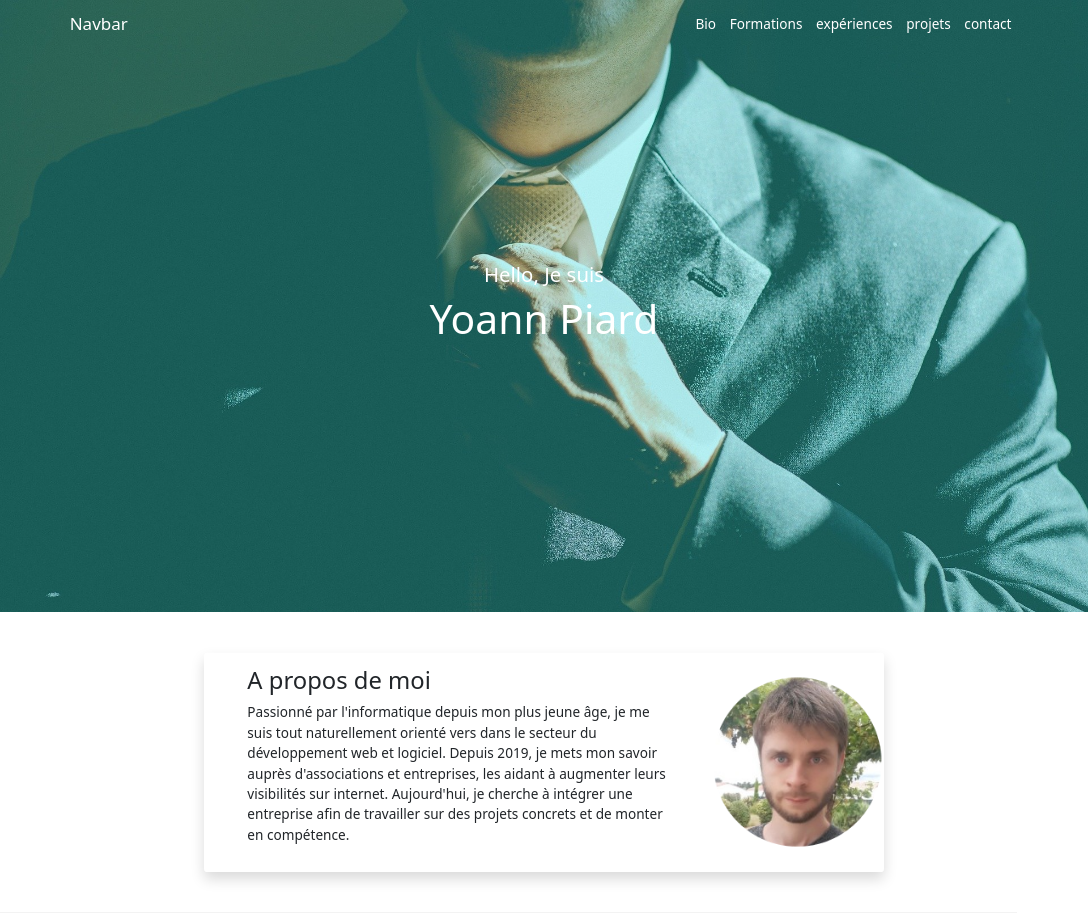
Repository: ypiard85/port-folio-bootstrap-yoann-2021
Page: index.html
An editor plug-in stored every save of this project. The page is shown before and after the next save, followed by the edit.
The browser window is 1280 px wide. The pictures show the whole page, at 85% of full size.

Above is the page before, as saved 2021-03-09 14:14:45.

### index.html
<!DOCTYPE html>
<html lang="en">
<head>
    <meta charset="UTF-8">
    <meta http-equiv="X-UA-Compatible" content="IE=edge">
    <meta name="viewport" content="width=device-width, initial-scale=1.0">
    <!-- CSS only -->
    <link rel="stylesheet" href="./resource/style.css">
<link href="https://cdn.jsdelivr.net/npm/bootstrap@5.0.0-beta2/dist/css/bootstrap.min.css" rel="stylesheet" integrity="sha384-BmbxuPwQa2lc/FVzBcNJ7UAyJxM6wuqIj61tLrc4wSX0szH/Ev+nYRRuWlolflfl" crossorigin="anonymous">
    <title>Document</title>
</head>
<body>

        <nav class="navbar position-fixed w-100 navbar-expand-lg navbar-light">
            <div class="container">
              <a class="navbar-brand" href="#">Navbar</a>
              <button class="navbar-toggler" type="button" data-bs-toggle="collapse" data-bs-target="#navbarNav" aria-controls="navbarNav" aria-expanded="false" aria-label="Toggle navigation">
                <span class="navbar-toggler-icon"></span>
              </button>
              <div class="collapse navbar-collapse" id="navbarNav">
                <ul class="navbar-nav">
                  <li class="nav-item">
                    <a class="nav-link active" aria-current="page" href="#bio">Bio</a>
                  </li>
                  <li class="nav-item">
                    <a class="nav-link" href="#formation">Formations</a>
                  </li>
                  <li class="nav-item">
                    <a class="nav-link" href="#experience">expériences</a>
                  </li>
                  <li class="nav-item">
                    <a class="nav-link" href="#projet">projets</a>
                  </li>
                  <li class="nav-item">
                    <a class="nav-link" href="#contact">contact</a>
                  </li>
                </ul>
              </div>
            </div>
          </nav>

          <header class="container-fluid flex-column
          d-flex align-items-center justify-content-center">
              <h4>Hello, Je suis</h4>
              <h1>Yoann Piard</h1>
          </header>

          <section class="about_me container mt-5 mb-5">
                <div class=" pt-3 pb-3 about_card shadow rounded flex-wrap justify-content-center align-items-center align-content-center d-flex">
                    <div class="about_presentation mx-5">
                        <h3>A propos de moi</h3>
                        <p>Passionné par l'informatique depuis mon plus jeune âge, je me suis tout naturellement orienté vers dans le secteur du développement web et logiciel. Depuis 2019, je mets mon savoir auprès d'associations et entreprises, les aidant à augmenter leurs visibilités sur internet. Aujourd'hui, je cherche à intégrer une entreprise afin de travailler sur des projets concrets et de monter en compétence.</p>
                    </div>
                    <img src="./resource/image/yoann_piard.png" alt="">
                </div>
          </section>

<!-- JavaScript Bundle with Popper -->
<script src="https://cdn.jsdelivr.net/npm/bootstrap@5.0.0-beta2/dist/js/bootstrap.bundle.min.js" integrity="sha384-b5kHyXgcpbZJO/tY9Ul7kGkf1S0CWuKcCD38l8YkeH8z8QjE0GmW1gYU5S9FOnJ0" crossorigin="anonymous"></script>
<script src="https://unpkg.com/scrollreveal"></script>
<script src="./resource/app.js"></script>
</body>
</html>

### resource/style.css
.navbar-collapse{
    flex-grow: 0!important;
}

nav a{
    color: white!important;
}

header{
    height: 100vh;
    background: gray;
    background-image: linear-gradient(90deg, rgba(0,231,249,0.2780462526807598) 100%, rgba(0,4,24,0.4405112386751575) 74%), url('./image/about-section.jpg');
    background-repeat: no-repeat;
    background-size: cover;
    background-position: top center;
    color: white;
}

header h1{
    font-weight: normal;
    font-size: 3em;
}

.about_card{
    margin: auto;
    width: 800px;
    max-width: 100%;
    margin-top: 0px;
}

.about_presentation{
    width: 500px;
    max-width: 100%;
}

### resource/app.js
ScrollReveal().reveal('.about_me', {
    delay: 250,
    duration: 1000,
    reset: true,
    origin: 'bottom',
    distance: '20%'
});

After the next save:
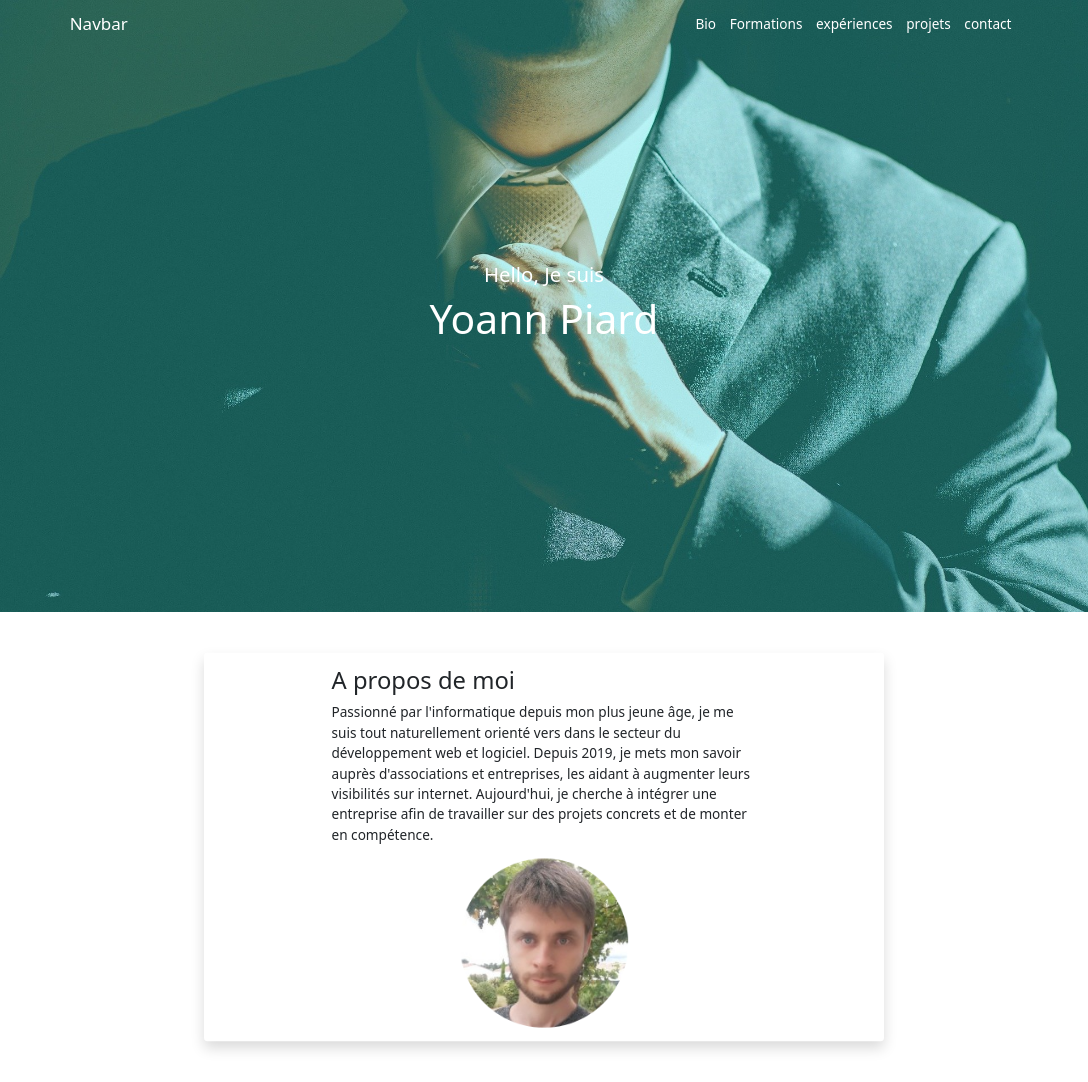
Saved 9 s later.
--- a/index.html
+++ b/index.html
@@ -51,7 +51,7 @@
                         <h3>A propos de moi</h3>
                         <p>Passionné par l'informatique depuis mon plus jeune âge, je me suis tout naturellement orienté vers dans le secteur du développement web et logiciel. Depuis 2019, je mets mon savoir auprès d'associations et entreprises, les aidant à augmenter leurs visibilités sur internet. Aujourd'hui, je cherche à intégrer une entreprise afin de travailler sur des projets concrets et de monter en compétence.</p>
                     </div>
-                    <img src="./resource/image/yoann_piard.png" alt="">
+                    <img class="mx-5" src="./resource/image/yoann_piard.png" alt="">
                 </div>
           </section>
 
